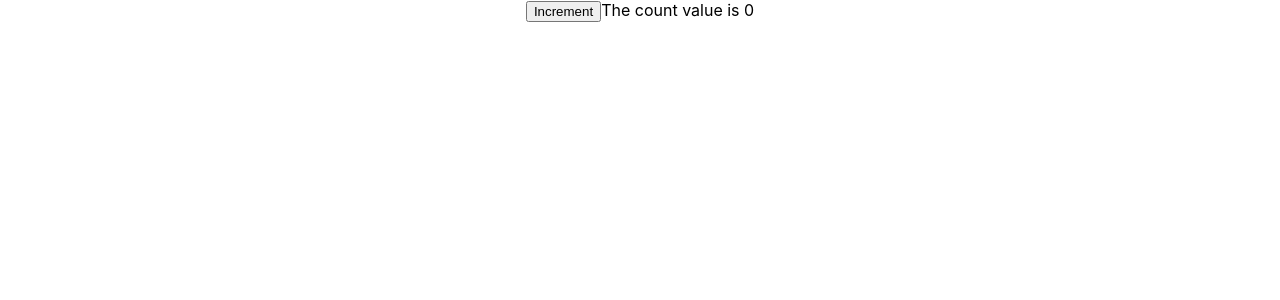
Repository: vuongtm1999/ALTA-exercise-1
Page: /
The author's editor kept a copy of each file at every save. The page is drawn from the files as they stood at one save, then again after the next save.
The browser window is 1280 px wide. The pictures show the whole page.
The project was rebuilt for these pictures with package versions that can differ from the ones it lists, and the page was loaded fresh each time.

Above is the page before, as saved 2022-10-26 15:38:19.

### src/App.tsx
import './App.css';
import { Counter } from './class/Counter';



function App() {
  // const personName = {
  //   firstName: "Vuong",
  //   lastName: "Tran",
  // }

  // const listName = [
  //   {
  //     firstName: "Vuong",
  //     lastName: "Tran",
  //   },
  //   {
  //     firstName: "Thuy",
  //     lastName: "Tran",
  //   },
  //   {
  //     firstName: "Bui",
  //     lastName: "Phuoc",
  //   }
  // ]
  return (
    <div className="App">
      <Counter message='The count value is'/>
    </div>
  );
}

export default App;

### src/class/Counter.tsx

import { Component } from 'react'

type CounterProps = {
  message: string
}
type CounterState = {
  count: number
}

/** The count value is 5 */
export class Counter extends Component<CounterProps, CounterState> {
  state = {
    count: 0
  }

  handleClick = () => {
    this.setState(prevState => ({ count: prevState.count + 1 }))
  }
  render() {
    return (
      <div>
        <button onClick={this.handleClick}>Increment</button>
        {this.props.message} {this.state.count}
      </div>
    )
  }
}

Loaded but not shown: public/index.html (common file); src/index.tsx (common file); src/index.css (common file); src/reportWebVitals.ts (common file); src/App.css (common file)

After the next save:
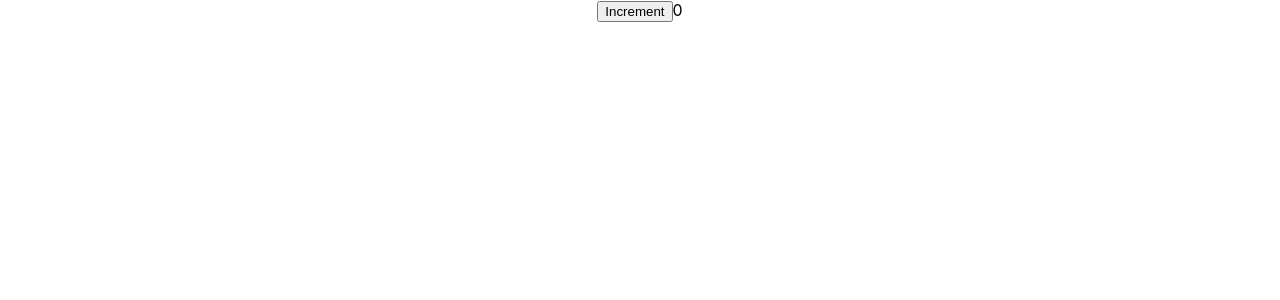
Saved 11 s later.
--- a/src/class/Counter.tsx
+++ b/src/class/Counter.tsx
@@ -21,7 +21,7 @@ export class Counter extends Component<CounterProps, CounterState> {
     return (
       <div>
         <button onClick={this.handleClick}>Increment</button>
-        {this.props.message} {this.state.count}
+         {this.state.count}
       </div>
     )
   }
